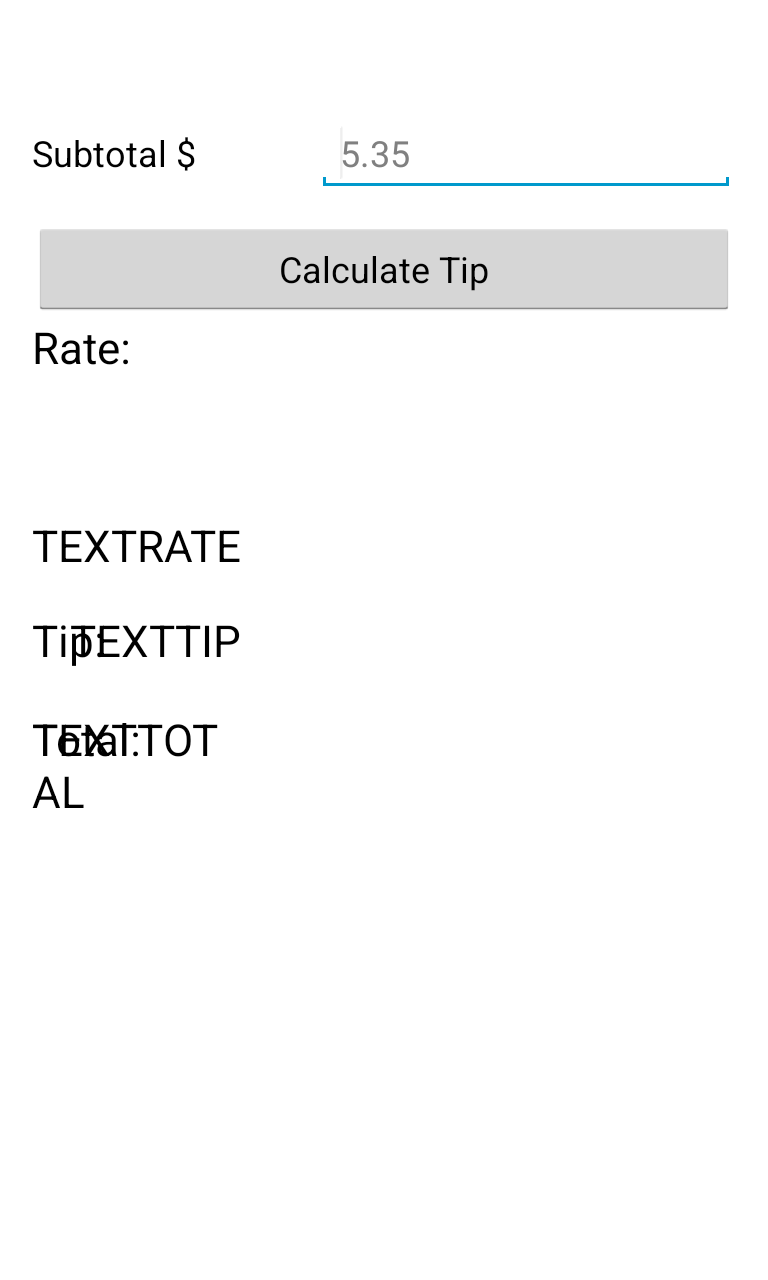
Repository: Jooms/Examples
Layout: RoundTipper/res/layout/activity_main.xml
An editor plug-in stored every save of this project. The layout is shown before and after the next save, followed by the edit.
It is drawn on a 768 x 1280 px phone screen (xhdpi) without system bars, with theme AppTheme; the app's code is not run.

Above is the layout before, as saved 2014-10-08 06:59:27.

After the next save:
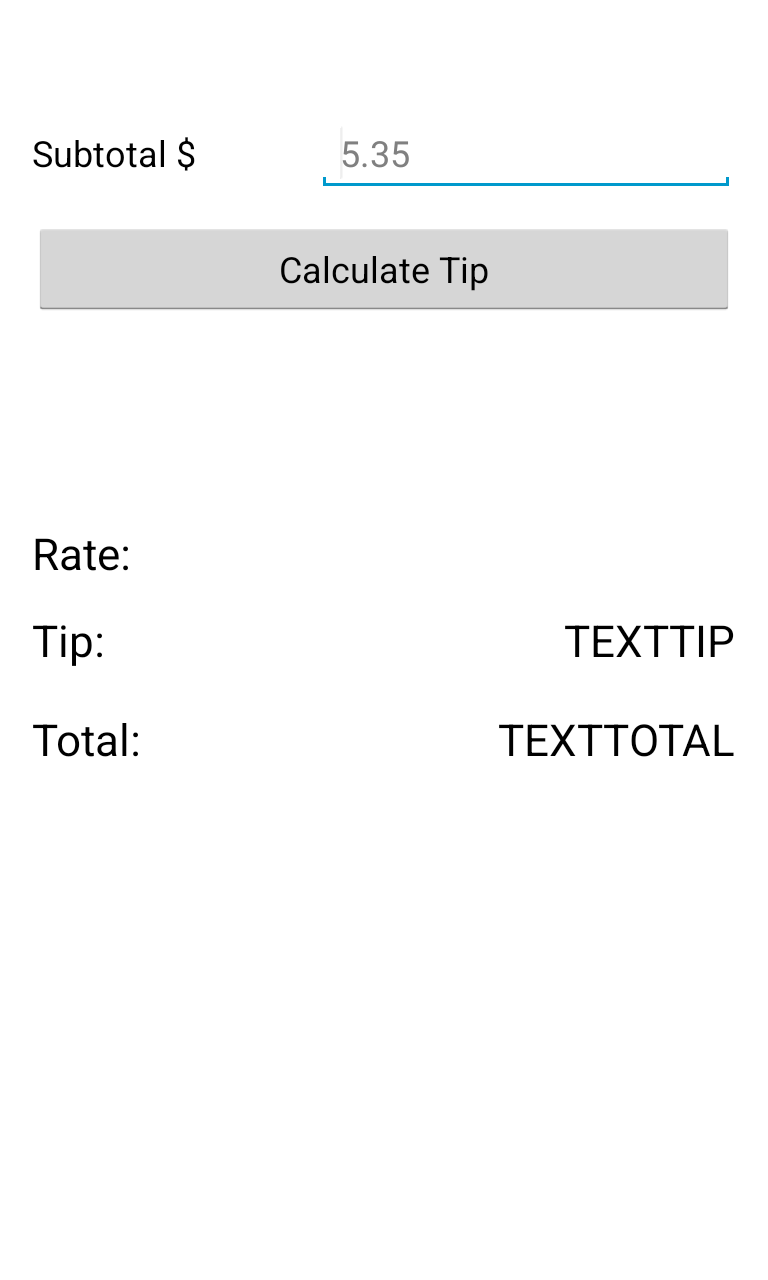
Saved 3 min 53 s later.
--- a/RoundTipper/res/layout/activity_main.xml
+++ b/RoundTipper/res/layout/activity_main.xml
@@ -63,40 +63,34 @@
         android:textAppearance="?android:attr/textAppearanceLarge" />
 
     <TextView
-        android:id="@+id/textTip"
-        android:layout_width="wrap_content"
-        android:layout_height="wrap_content"
-        android:layout_above="@+id/textView4"
-        android:layout_alignRight="@+id/textRate"
-        android:text="TEXTTIP"
-        android:textAppearance="?android:attr/textAppearanceLarge" />
-
-    <TextView
         android:id="@+id/textTotal"
         android:layout_width="wrap_content"
         android:layout_height="wrap_content"
         android:layout_alignBaseline="@+id/textView4"
         android:layout_alignBottom="@+id/textView4"
-        android:layout_alignRight="@+id/textTip"
+        android:layout_alignRight="@+id/buttonCalc"
         android:text="TEXTTOTAL"
         android:textAppearance="?android:attr/textAppearanceLarge" />
 
     <TextView
-        android:id="@+id/textRate"
+        android:id="@+id/textTip"
         android:layout_width="wrap_content"
         android:layout_height="wrap_content"
-        android:layout_above="@+id/textView3"
-        android:layout_marginBottom="18dp"
-        android:text="TEXTRATE"
+        android:layout_alignBaseline="@+id/textView3"
+        android:layout_alignBottom="@+id/textView3"
+        android:layout_alignRight="@+id/textTotal"
+        android:text="TEXTTIP"
         android:textAppearance="?android:attr/textAppearanceLarge" />
 
     <TextView
         android:id="@+id/textView2"
         android:layout_width="wrap_content"
         android:layout_height="wrap_content"
-        android:layout_alignLeft="@+id/textRate"
-        android:layout_below="@+id/buttonCalc"
+        android:layout_above="@+id/textView3"
+        android:layout_alignLeft="@+id/buttonCalc"
+        android:layout_marginBottom="14dp"
         android:text="Rate:"
         android:textAppearance="?android:attr/textAppearanceLarge" />
 
+
 </RelativeLayout>
